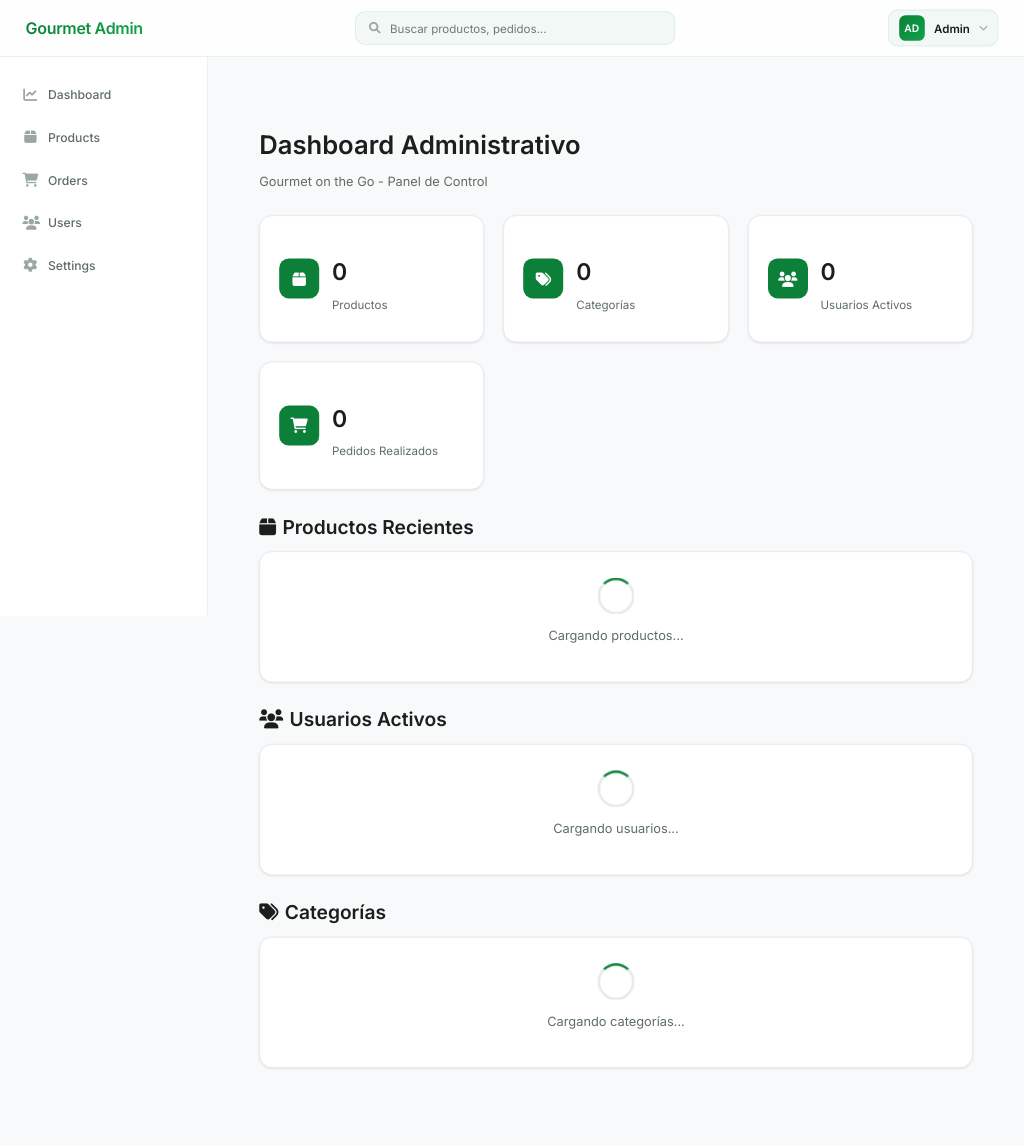
Repository: Kevingedev/Gourmet-on-the-Go
Page: admin/app/dashboard/index.html
An editor plug-in stored every save of this project. The page is shown before and after the next save, followed by the edit.
The browser window is 1280 px wide. The pictures show the whole page, at 80% of full size.

Above is the page before, as saved 2026-01-14 09:56:06.

After the next save:
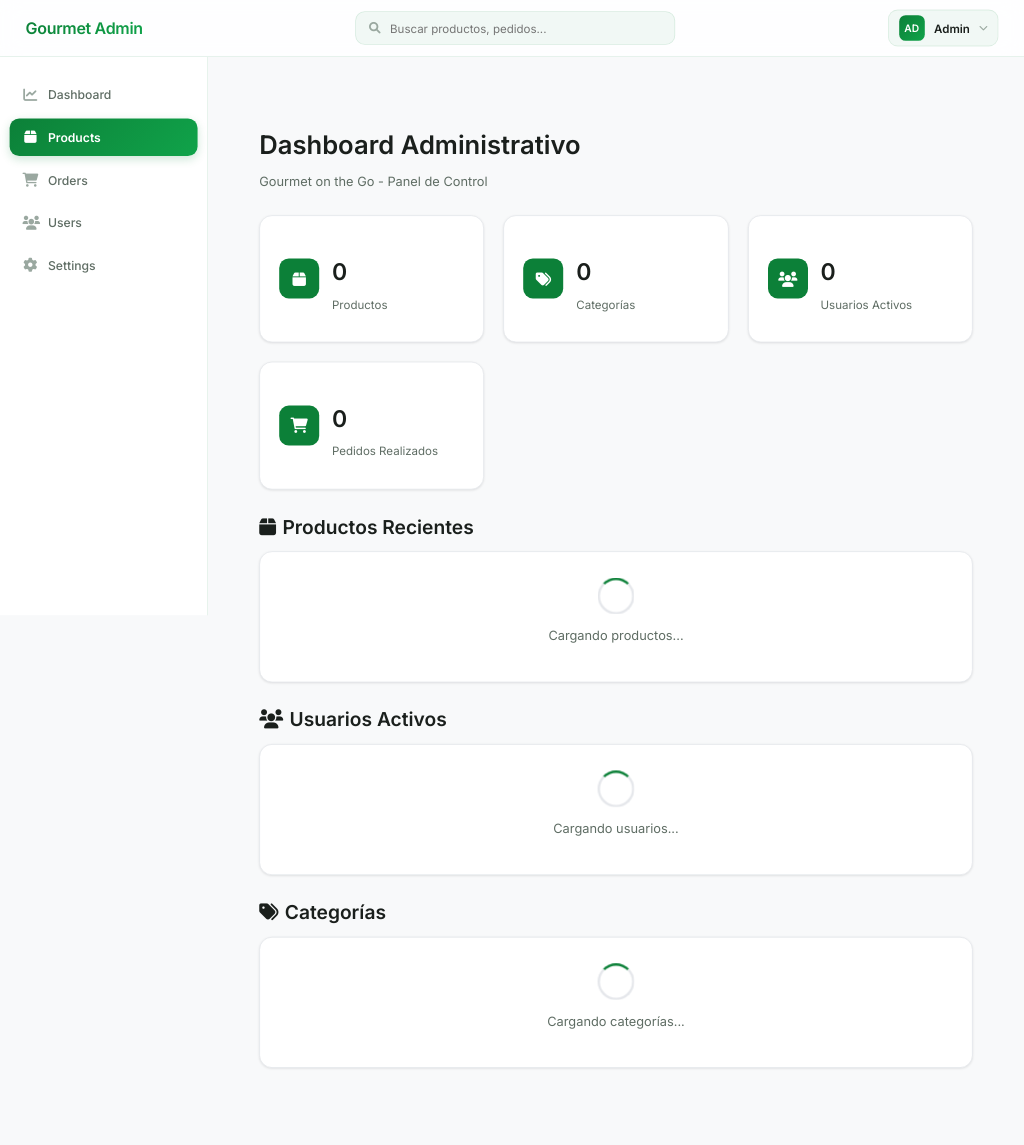
Saved 57 s later.
--- a/admin/components/SideBar.js
+++ b/admin/components/SideBar.js
@@ -2,7 +2,7 @@
 const Sidebar = {
     menuItems: [
         { label: 'Dashboard', icon: 'fas fa-chart-line', link: '../dashboard/index.html' },
-        { label: 'Products', icon: 'fas fa-box', link: '../products/index.html', active: false },
+        { label: 'Products', icon: 'fas fa-box', link: '../products/index.html', active: true },
         { label: 'Orders', icon: 'fas fa-shopping-cart', link: '../orders/index.html' },
         { label: 'Users', icon: 'fas fa-users', link: '../users/index.html' },
         { label: 'Settings', icon: 'fas fa-cog', link: '#settings' }
